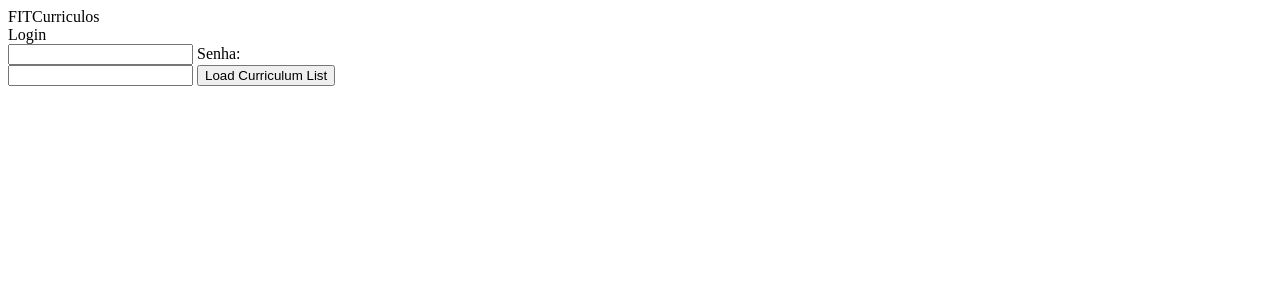
Repository: danielcp10/fitcurriculos
Page: http://localhost/FitCurriculos/Login.jsp
These files come from the project's save history. The page is drawn as it stood at one moment and after the next save; the edit follows.
The browser window is 1280 px wide. The pictures show the whole page.
The page is served by Tomcat 9.

Above is the page before, as saved 2019-11-11 12:26:20.

After the next save:
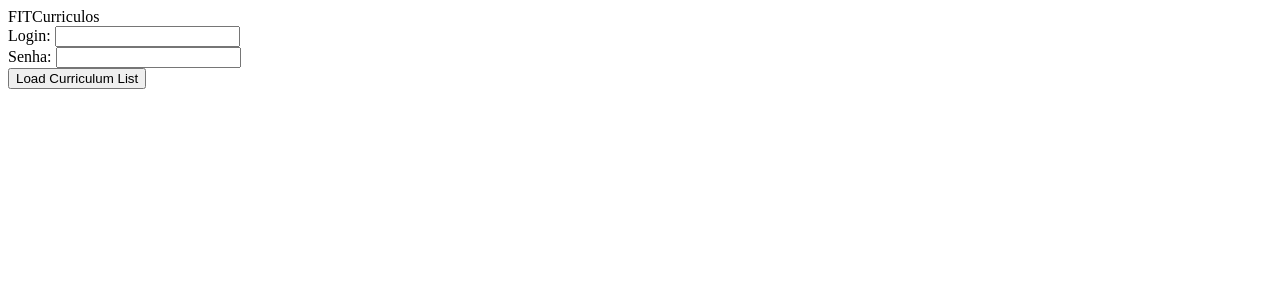
Saved 13 s later.
--- a/FitCurriculos/src/main/webapp/Login.jsp
+++ b/FitCurriculos/src/main/webapp/Login.jsp
@@ -10,10 +10,10 @@
 		<form method = "post" action="ShowCurriculum">
 			FITCurriculos <br/>
 
-			Login <br/>
-			<input type="text" value = "" name = "Login">
-			Senha: <br/>
-			<input type="text" value = "" name = "Senha">
+			Login:
+			<input type="text" value = "" name = "Login"><br/>
+			Senha:
+			<input type="text" value = "" name = "Senha"><br/>
 			<input type="submit" value="Load Curriculum List" />
 		</form>
 	</body>
